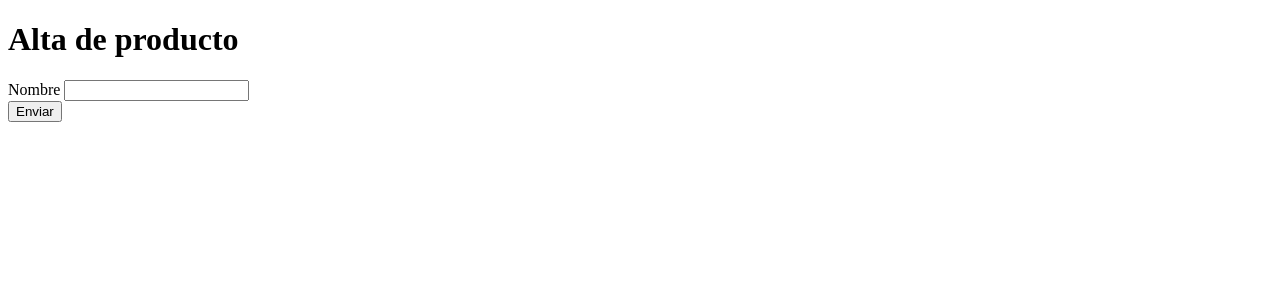
Repository: scgil/master-java
Page: Semana2/Almacen/src/main/webapp/insertar.html
An editor plug-in stored every save of this project. The page is shown before and after the next save, followed by the edit.
The browser window is 1280 px wide. The pictures show the whole page.

Above is the page before, as saved 2024-12-17 12:07:04.

### Semana2/Almacen/src/main/webapp/insertar.html
<!DOCTYPE html>
<html>
<head>
<meta charset="ISO-8859-1">
<title>Insert title here</title>
</head>
<body>
<h1>Alta de producto</h1>
<form action="ServletInsetar" method="post">
    	<label for="curso">Nombre</label>
    		<input type="text" name="nombrePersona" required><br>
		<button  type="submit" id="enviar">Enviar</button>
    </form>
</body>
</html>

After the next save:
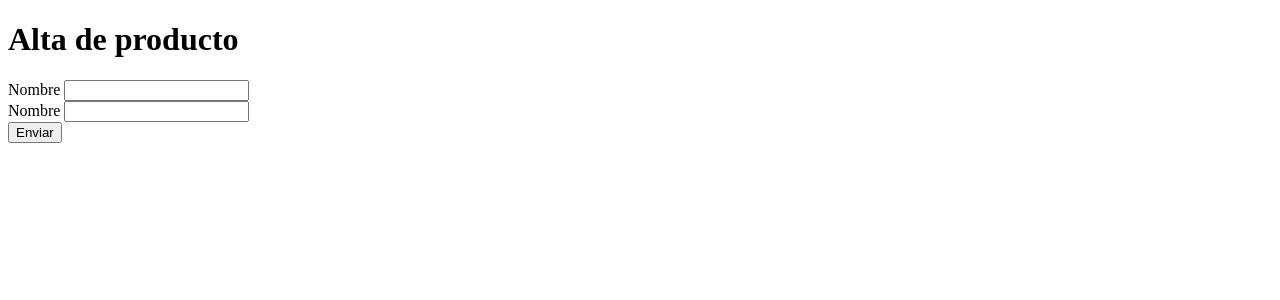
Saved 17 s later.
--- a/Semana2/Almacen/src/main/webapp/insertar.html
+++ b/Semana2/Almacen/src/main/webapp/insertar.html
@@ -1,14 +1,16 @@
 <!DOCTYPE html>
 <html>
 <head>
-<meta charset="ISO-8859-1">
+<meta charset="UTF-8">
 <title>Insert title here</title>
 </head>
 <body>
 <h1>Alta de producto</h1>
-<form action="ServletInsetar" method="post">
-    	<label for="curso">Nombre</label>
-    		<input type="text" name="nombrePersona" required><br>
+<form action="InsertarServlet" method="post">
+    	<label for="nombre">Nombre</label>
+    		<input type="text" name="nombre" required><br>
+    		<label for="nombre">Nombre</label>
+    		<input type="text" name="nombre" required><br>
 		<button  type="submit" id="enviar">Enviar</button>
     </form>
 </body>
